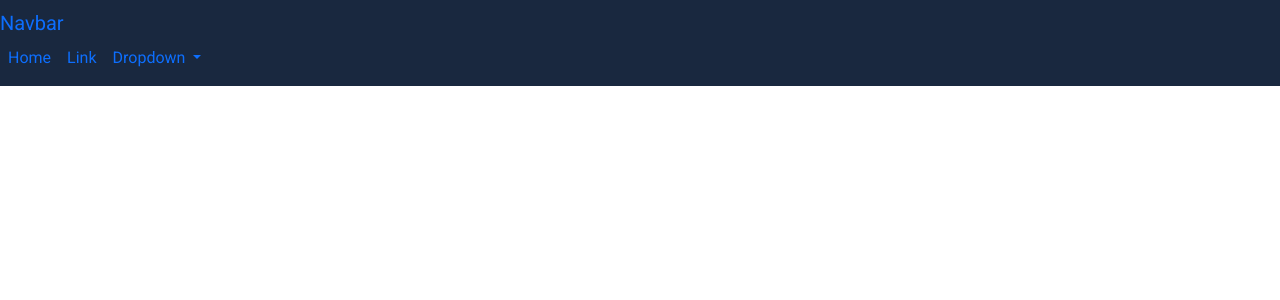
Repository: widdo/Front-end
Page: indix.html
An editor plug-in stored every save of this project. The page is shown before and after the next save, followed by the edit.
The browser window is 1280 px wide. The pictures show the whole page.

Above is the page before, as saved 2022-03-10 13:06:13.

After the next save:
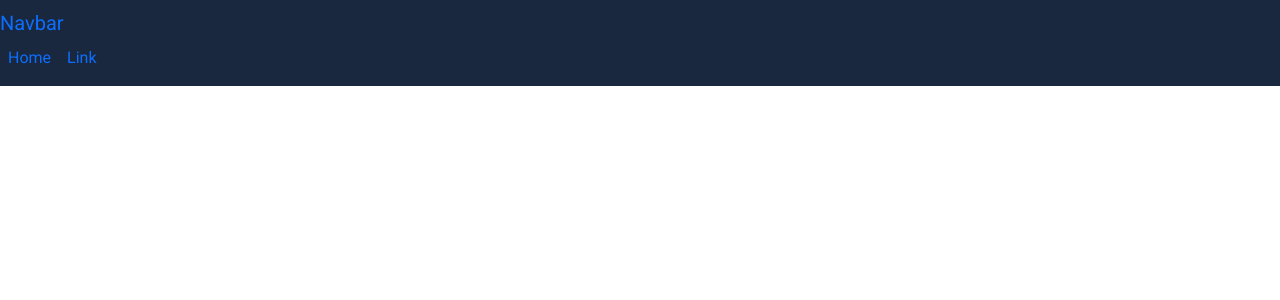
Saved 40 s later.
--- a/indix.html
+++ b/indix.html
@@ -28,9 +28,7 @@
           <li class="nav-item">
             <a class="nav-link" href="#">Link</a>
           </li>
-          <li class="nav-item dropdown">
-            <a class="nav-link dropdown-toggle" href="#" id="navbarDropdown" role="button" data-bs-toggle="dropdown" aria-expanded="false">
-              Dropdown
+
             </a>
             <ul class="dropdown-menu" aria-labelledby="navbarDropdown">
               <li><a class="dropdown-item" href="#">Action</a></li>
